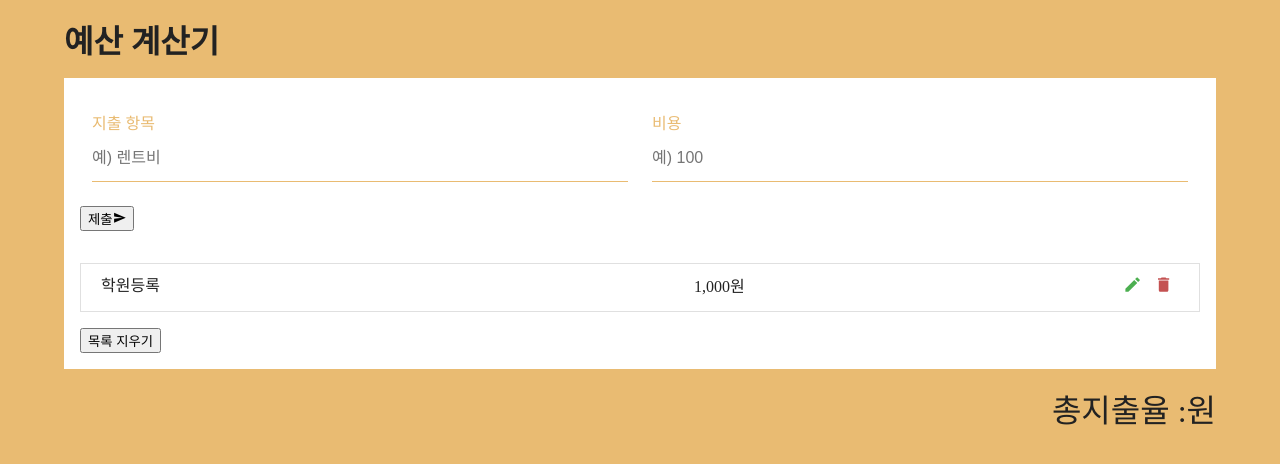
Repository: jongheonleee/budget_calculator
Page: /
The author's editor kept a copy of each file at every save. The page is drawn from the files as they stood at one save, then again after the next save.
The browser window is 1280 px wide. The pictures show the whole page.
The project was rebuilt for these pictures with package versions that can differ from the ones it lists, and the page was loaded fresh each time.

Above is the page before, as saved 2025-02-08 12:57:22.

After the next save:
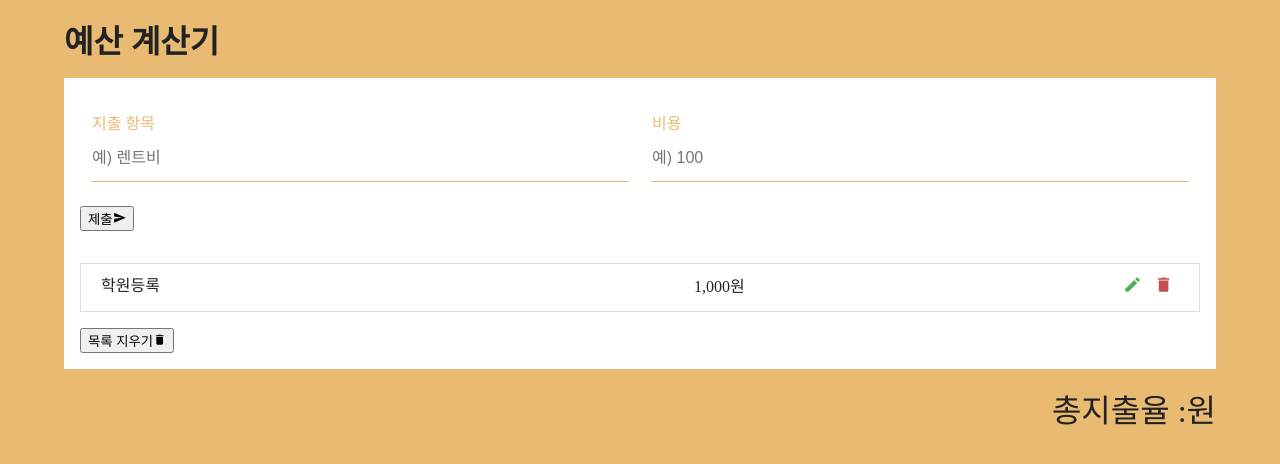
Saved 64 s later.
--- a/src/components/ExpenseList.js
+++ b/src/components/ExpenseList.js
@@ -1,6 +1,7 @@
 import React, { Component } from 'react'
 import './ExpenseList.css'
 import ExpenseItem from './ExpenseItem'
+import { MdDelete } from 'react-icons/md'
 
 export class ExpenseList extends Component {
   render() {
@@ -12,6 +13,7 @@ export class ExpenseList extends Component {
         </ul>
         <button className='btn'>
             목록 지우기
+            <MdDelete />
         </button>
       </>
     )
